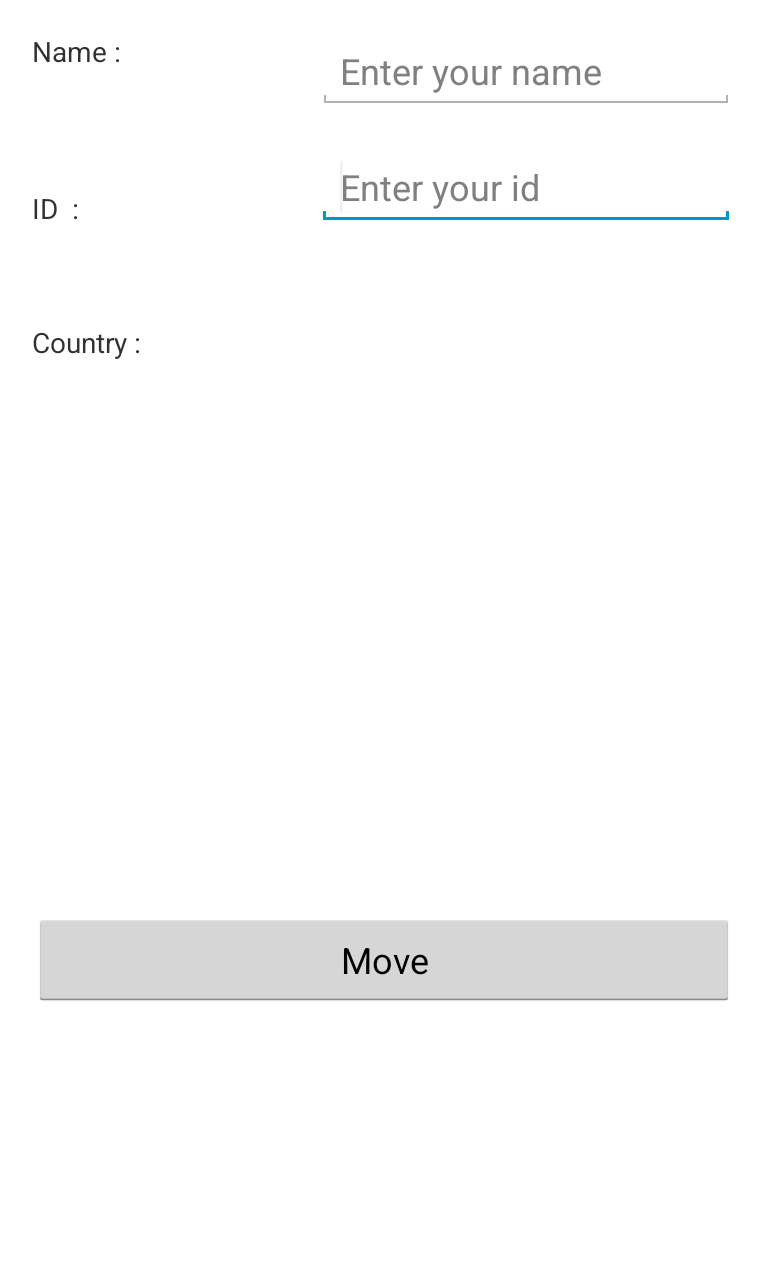
Repository: suzauddola/Android_Apps
Layout: Source/bundle/bandle/res/layout/first.xml
An editor plug-in stored every save of this project. The layout is shown before and after the next save, followed by the edit.
It is drawn on a 768 x 1280 px phone screen (xhdpi) without system bars, with theme AppTheme; the app's code is not run.

Above is the layout before, as saved 2013-09-05 02:12:09.

### Source/bundle/bandle/res/layout/first.xml
<RelativeLayout xmlns:android="http://schemas.android.com/apk/res/android"
    xmlns:tools="http://schemas.android.com/tools"
    android:layout_width="match_parent"
    android:layout_height="match_parent"
    android:paddingBottom="@dimen/activity_vertical_margin"
    android:paddingLeft="@dimen/activity_horizontal_margin"
    android:paddingRight="@dimen/activity_horizontal_margin"
    android:paddingTop="@dimen/activity_vertical_margin"
    tools:context=".Main" >

    <TextView
        android:id="@+id/name"
        android:layout_width="wrap_content"
        android:layout_height="wrap_content"
        android:text="Name :    " />

    <EditText
        android:id="@+id/name1"
        android:layout_width="wrap_content"
        android:layout_height="wrap_content"
        android:layout_alignParentRight="true"
        android:layout_alignTop="@+id/name"
        android:ems="10"
        android:hint="Enter your name"/>

    <TextView
        android:id="@+id/tvID"
        android:layout_width="wrap_content"
        android:layout_height="wrap_content"
        android:layout_alignLeft="@+id/name"
        android:layout_below="@+id/name1"
        android:layout_marginTop="39dp"
        android:text="ID  : " />

    <EditText
        android:id="@+id/etID"
        android:layout_width="wrap_content"
        android:layout_height="wrap_content"
        android:layout_alignBottom="@+id/tvID"
        android:layout_alignLeft="@+id/name1"
        android:ems="10"
        android:hint="Enter your id">

        <requestFocus />
    </EditText>

    <Button
        android:id="@+id/button1"
        android:layout_width="fill_parent"
        android:layout_height="wrap_content"
        android:layout_alignLeft="@+id/tvID"
        android:layout_alignParentBottom="true"
        android:layout_marginBottom="120dp"
        android:text="Move" />

    <TextView
        android:id="@+id/tvCountry"
        android:layout_width="wrap_content"
        android:layout_height="wrap_content"
        android:layout_alignParentLeft="true"
        android:layout_below="@+id/tvID"
        android:layout_marginTop="48dp"
        android:text="Country : " />

</RelativeLayout>

Loaded but not shown: Source/bundle/bandle/res/values/styles.xml (common file); Source/bundle/bandle/res/values-v11/styles.xml (common file); Source/bundle/bandle/res/values-v14/styles.xml (common file); Source/bundle/bandle/res/values/dimens.xml (common file)

After the next save:
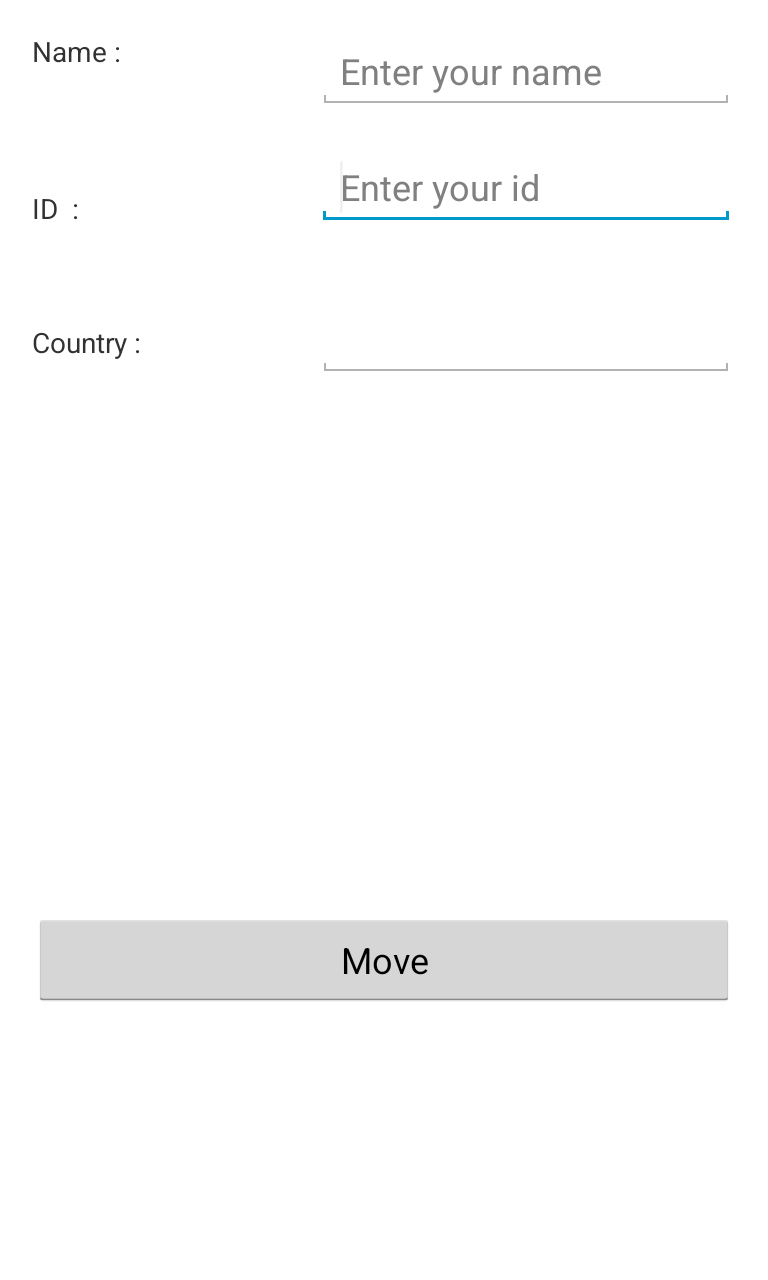
Saved 29 s later.
--- a/Source/bundle/bandle/res/layout/first.xml
+++ b/Source/bundle/bandle/res/layout/first.xml
@@ -62,4 +62,13 @@
         android:layout_marginTop="48dp"
         android:text="Country : " />
 
+    <EditText
+        android:id="@+id/etCountry"
+        android:layout_width="wrap_content"
+        android:layout_height="wrap_content"
+        android:layout_alignBaseline="@+id/tvCountry"
+        android:layout_alignBottom="@+id/tvCountry"
+        android:layout_alignLeft="@+id/etID"
+        android:ems="10" />
+
 </RelativeLayout>
